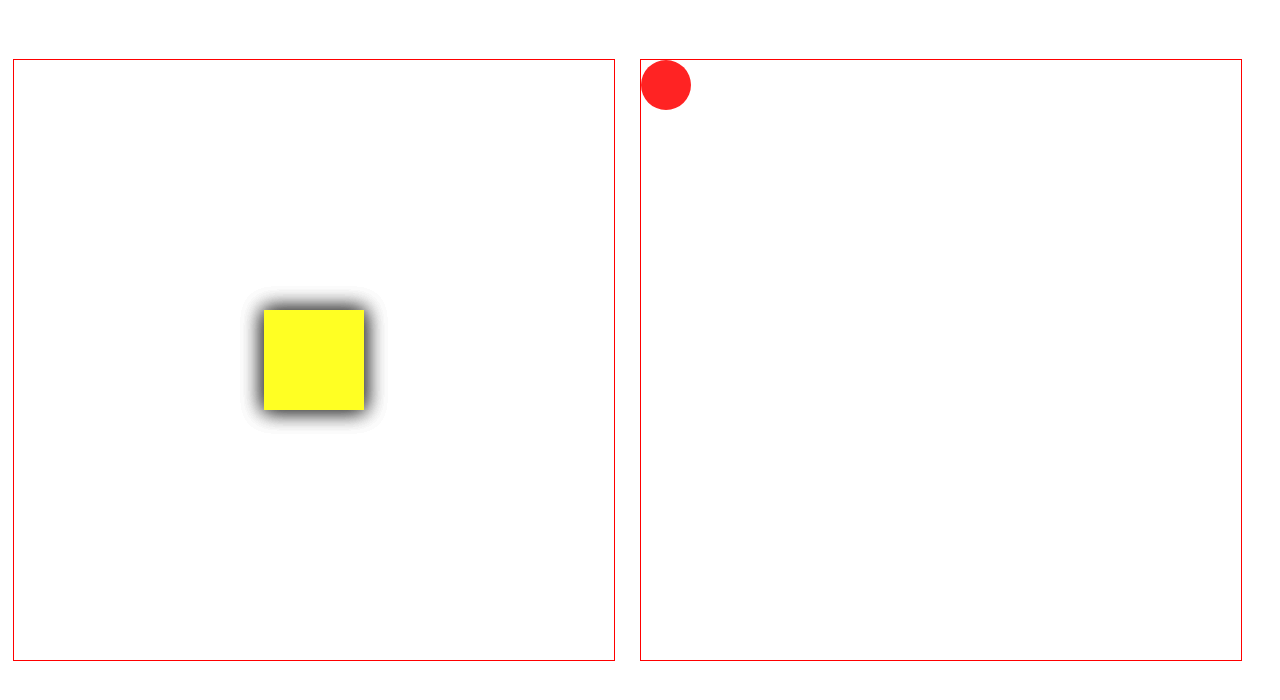
Repository: randgars/game
Page: index.html
These files come from the project's save history. The page is drawn as it stood at one moment and after the next save; the edit follows.
The browser window is 1280 px wide. The pictures show the whole page.

Above is the page before, as saved 2017-09-29 11:21:33.

### index.html
<!DOCTYPE html>
<html lang="en">
<head>
    <meta charset="UTF-8">
    <meta name="viewport" content="width=device-width, initial-scale=1.0">
    <meta http-equiv="X-UA-Compatible" content="ie=edge">
    <title>Document</title>
    <link rel="stylesheet" href="./style.css">
    <script type="text/javascript" src="./index.js"></script>
</head>
<body>
    <div class="wrapper">
        <div class="square first"></div>
        <div class="square second"></div>
        <div class="square third"></div>
        <div class="square fourth"></div>
    </div>
    <div id="wrapper" onmousemove="mouseMove(event)" class="wrapper">
        <div class="circle"></div>

    </div>
    <div class="coordinates">
        <span id="x"></span>
        <span id="y"></span>
    </div>
</body>
</html>

### style.css
body {
    padding: 0;
    margin: 0;
    display: flex;
    justify-content: space-around;
    align-items: center;
    height: 100vh;
}
.wrapper {
    position: relative;
    width: 600px;
    height: 600px;
    border: solid 1px red;
}
.square {
    height: 100px;
    width: 100px;
    box-shadow: 0 0 20px rgba(0, 0, 0, .4);
    position: absolute;
    top: calc(50% - 50px);
    left: calc(50% - 50px);
}
.first {
    animation-name: first;
    animation-duration: 5s;
    animation-iteration-count: infinite;
    animation-timing-function: linear;
    background-color: rgba(35, 255, 35, 1);
}
.second {
    animation-name: second;
    animation-duration: 5s;
    animation-iteration-count: infinite;
    animation-timing-function: linear;
    background-color: rgba(35, 35, 255, 1);
}
.third {
    animation-name: third;
    animation-duration: 5s;
    animation-iteration-count: infinite;
    animation-timing-function: linear;
    background-color: rgb(255, 35, 35);
}
.fourth {
    animation-name: fourth;
    animation-duration: 5s;
    animation-iteration-count: infinite;
    animation-timing-function: linear;
    background-color: rgba(255, 255, 35, 1);
}

.first:hover, .second:hover, .third:hover, .fourth:hoer {
    animation-play-state: paused;
}

@keyframes first {
    from {
        transform: rotate(360deg);
    }
    25% {
        background-color: rgba(35, 35, 255, 1);
    }
    50% {
        top: calc(0% - 50px);
        left: calc(0% - 50px);
        background-color: rgb(255, 35, 35);
    }
    75% {
        background-color: rgba(255, 255, 35, 1);
    }
    to {
        transform: rotate(0deg);
    }
}
@keyframes second {
    from {
        transform: rotate(0deg);
    }
    25% {
        background-color: rgb(255, 35, 35);
    }
    50% {
        top: calc(0% - 50px);
        left: calc(100% - 50px);
        background-color: rgba(255, 255, 35, 1);
    }
    75% {
        background-color: rgba(35, 255, 35, 1);
    }
    to {
        transform: rotate(360deg);
    }
}
@keyframes third {
    from {
        transform: rotate(360deg);
    }
    25% {
        background-color: rgba(255, 255, 35, 1);
    }
    50% {
        top: calc(100% - 50px);
        left: calc(100% - 50px);
        background-color: rgba(35, 255, 35, 1);
    }
    75% {
        background-color: rgba(35, 35, 255, 1);
    }
    to {
        transform: rotate(0deg);
    }
}
@keyframes fourth {
    from {
        transform: rotate(0deg);
    }
    25% {
        background-color: rgba(35, 255, 35, 1);
    }
    50% {
        top: calc(100% - 50px);
        left: calc(0% - 50px);
        background-color: rgba(35, 35, 255, 1);
    }
    75% {
        background-color: rgb(255, 35, 35);
    }
    to {
        transform: rotate(360deg);
    }
}

.circle {
    border-radius: 100%;
    background-color: rgb(255, 35, 35);
    width: 50px;
    height: 50px;
}

### index.js
function mouseMove(event) {
    // debugger
    document.getElementById('x').innerHTML=event.layerX
    document.getElementById('y').innerHTML=event.layerY

}

After the next save:
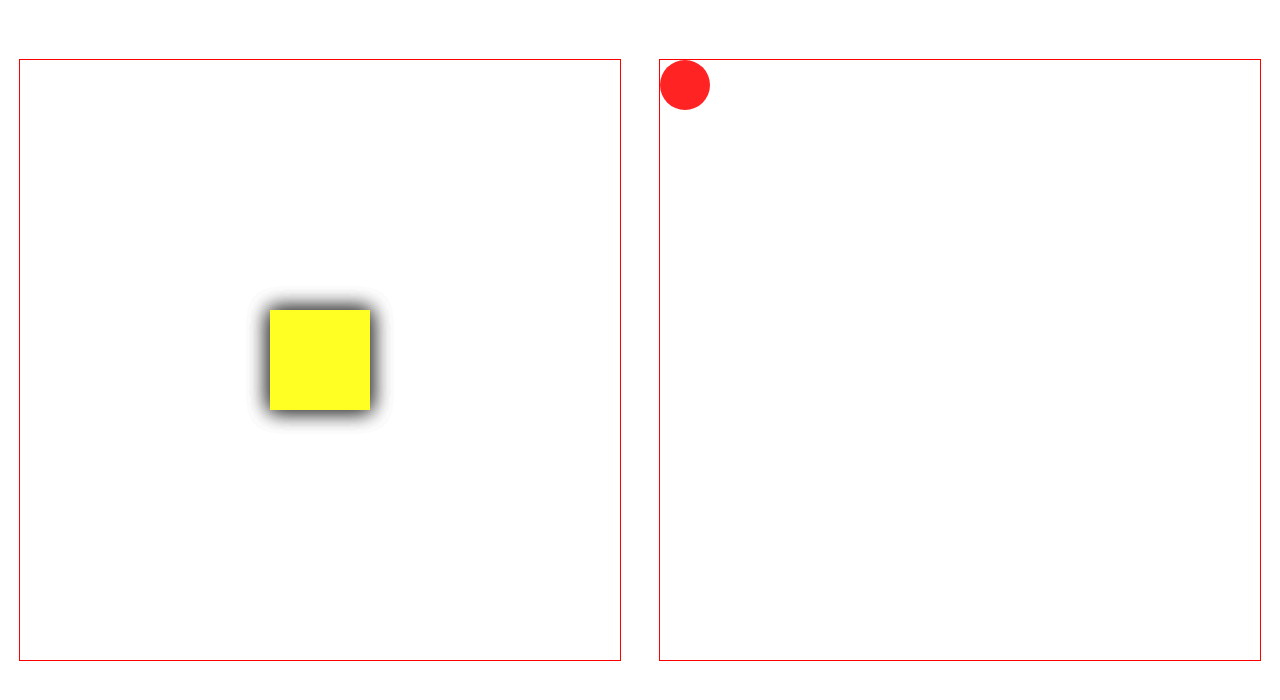
Saved 19 s later.
--- a/style.css
+++ b/style.css
@@ -136,3 +136,8 @@ body {
     width: 50px;
     height: 50px;
 }
+.coordinates {
+    position: fixed;
+    right: 50px;
+    top: 50px;
+}
